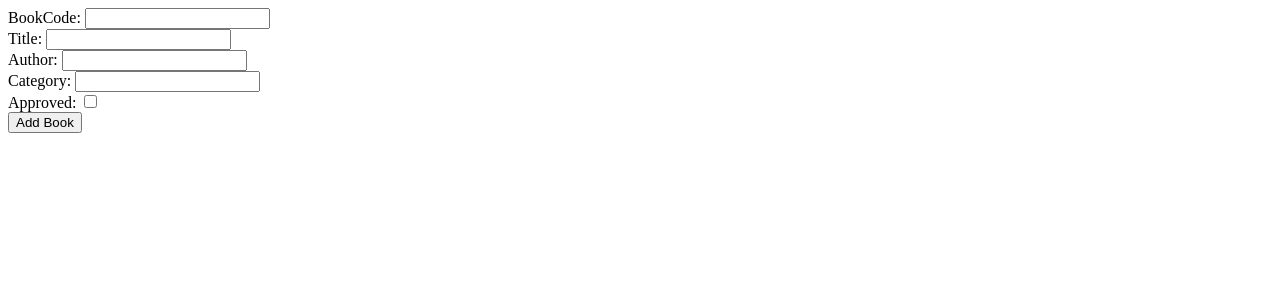
Repository: kietnaptit/javalorant
Page: http://localhost/htmlol/src/main/java/webapp/AddBook.jsp
The author's editor kept a copy of each file at every save. The page is drawn from the files as they stood at one save, then again after the next save.
The browser window is 1280 px wide. The pictures show the whole page.
The page is served by Tomcat 9.

Above is the page before, as saved 2023-03-02 09:50:28.

After the next save:
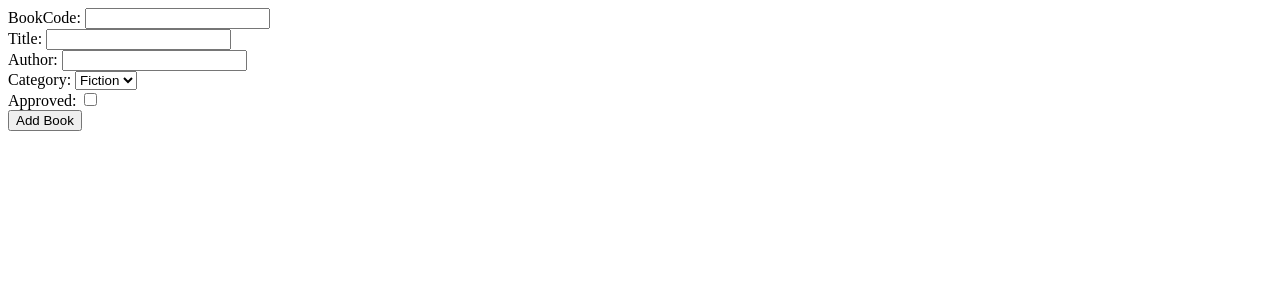
Saved 6 min 55 s later.
--- a/htmlol/src/main/java/webapp/AddBook.jsp
+++ b/htmlol/src/main/java/webapp/AddBook.jsp
@@ -11,7 +11,13 @@
 		BookCode: <input type="number" name="bookcode"></br>
 		Title: <input type="text" name="title"></br>
 		Author: <input type="text" name="author"></br>
-		Category: <input type="text" name="category"></br>
+		Category: <!-- <input type="text" name="category"></br> -->
+			<select name="category" id="category">
+	    		<option value="Fiction">Fiction</option>
+	    		<option value="Drama">Drama</option>
+	    		<option value="Comic">Comic</option>
+	  		</select>
+	  		<br>
 		Approved: <input type="checkbox" name="approved"></br>
 		<input type="submit" value="Add Book">
 	</form>
